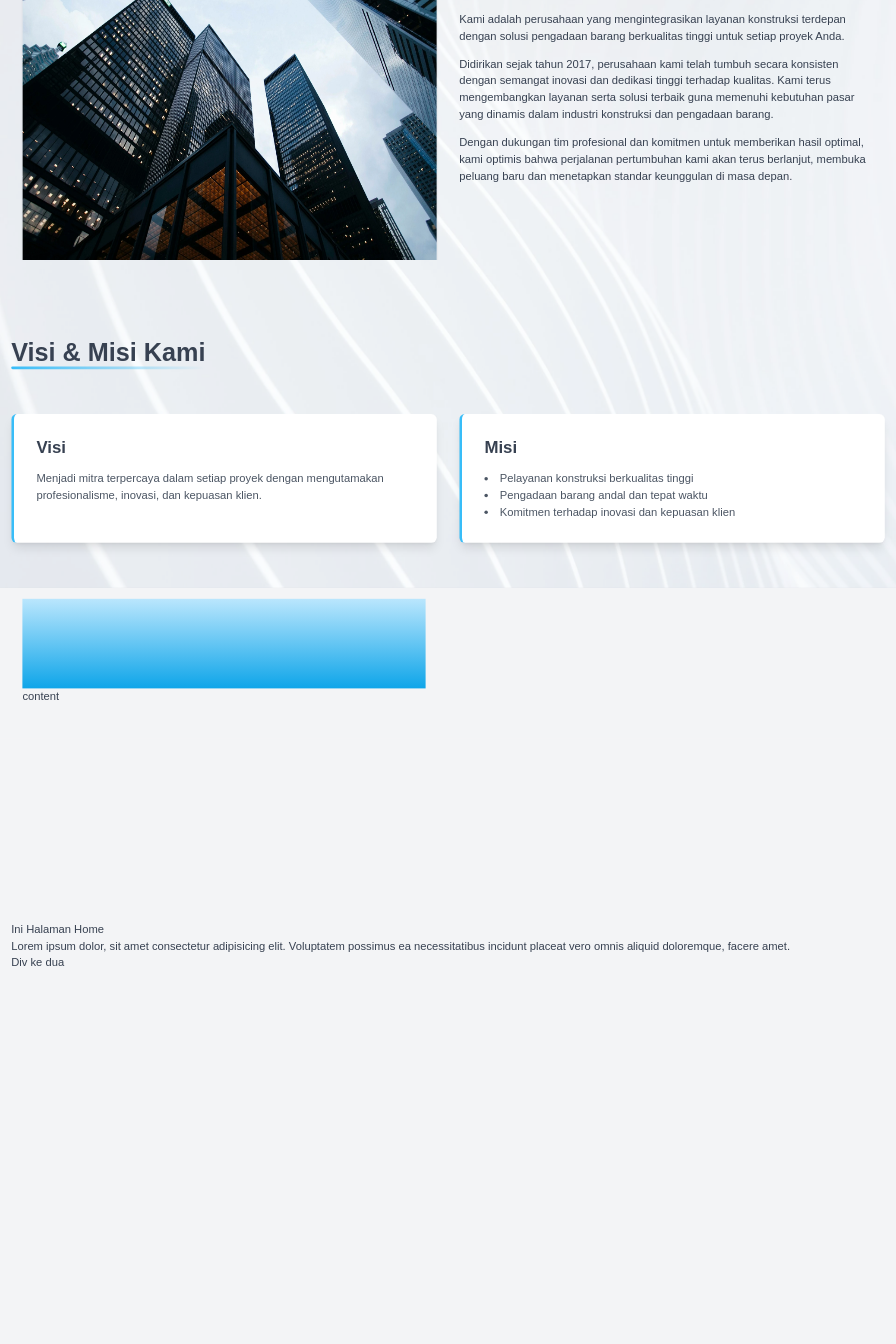
Repository: PrasBaldin/next-mulse
Page: /
An editor plug-in stored every save of this project. The page is shown before and after the next save, followed by the edit.
The browser window is 1280 px wide. The pictures show the part of the page from y = 1128 to 3048 px (the page is 4053 px tall), at 70% of full size.
The project was rebuilt for these pictures with package versions that can differ from the ones it lists, and the page was loaded fresh each time. The framework's server and built-in components were replaced by stand-ins that run in the browser. Also part of the build but not shown: next.config.ts.

Above is the page before, as saved 2025-02-23 04:12:49.

After the next save:
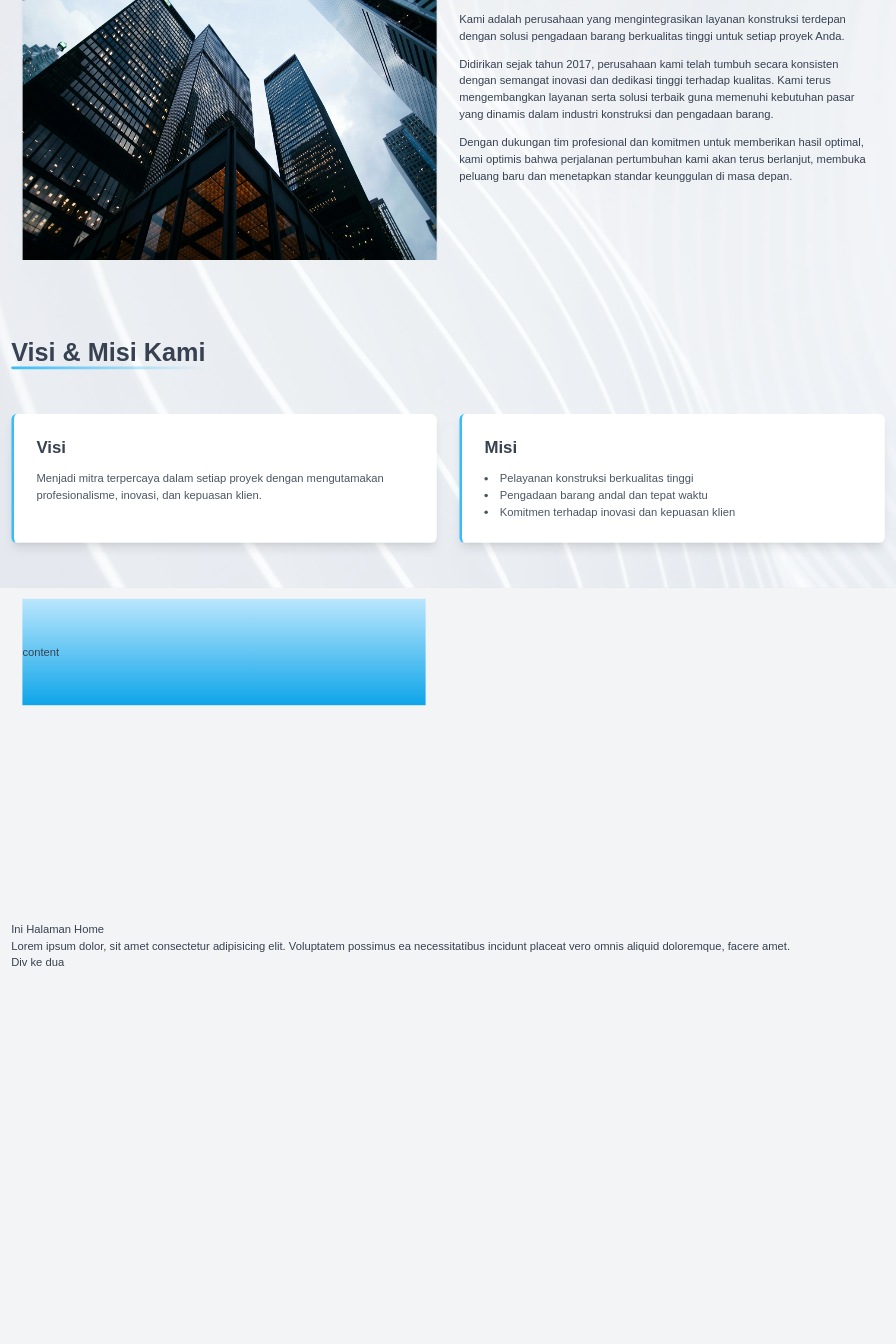
Saved 6 s later.
--- a/app/services/page.tsx
+++ b/app/services/page.tsx
@@ -5,8 +5,9 @@ const ServicesPage = () => {
                 <div className="flex flex-col lg:flex-row items-center">
                     <div className="w-full lg:w-1/2 p-4 text-gray-700 dark:text-gray-100 transition duration-500 ease-in-out">
                         <div className="container">
-                            <div className="py-16 bg-gradient-to-b from-sky-200 to-sky-500 dark:bg-gray-900"></div>
-                            <span>content</span>
+                            <div className="py-16 bg-gradient-to-b from-sky-200 to-sky-500 dark:bg-gray-900">
+                                <span>content</span>
+                            </div>
                         </div>
                         <div className="w-full lg:w-1/2 p-4 max-h-[500px] overflow-hidden">
                         </div>
